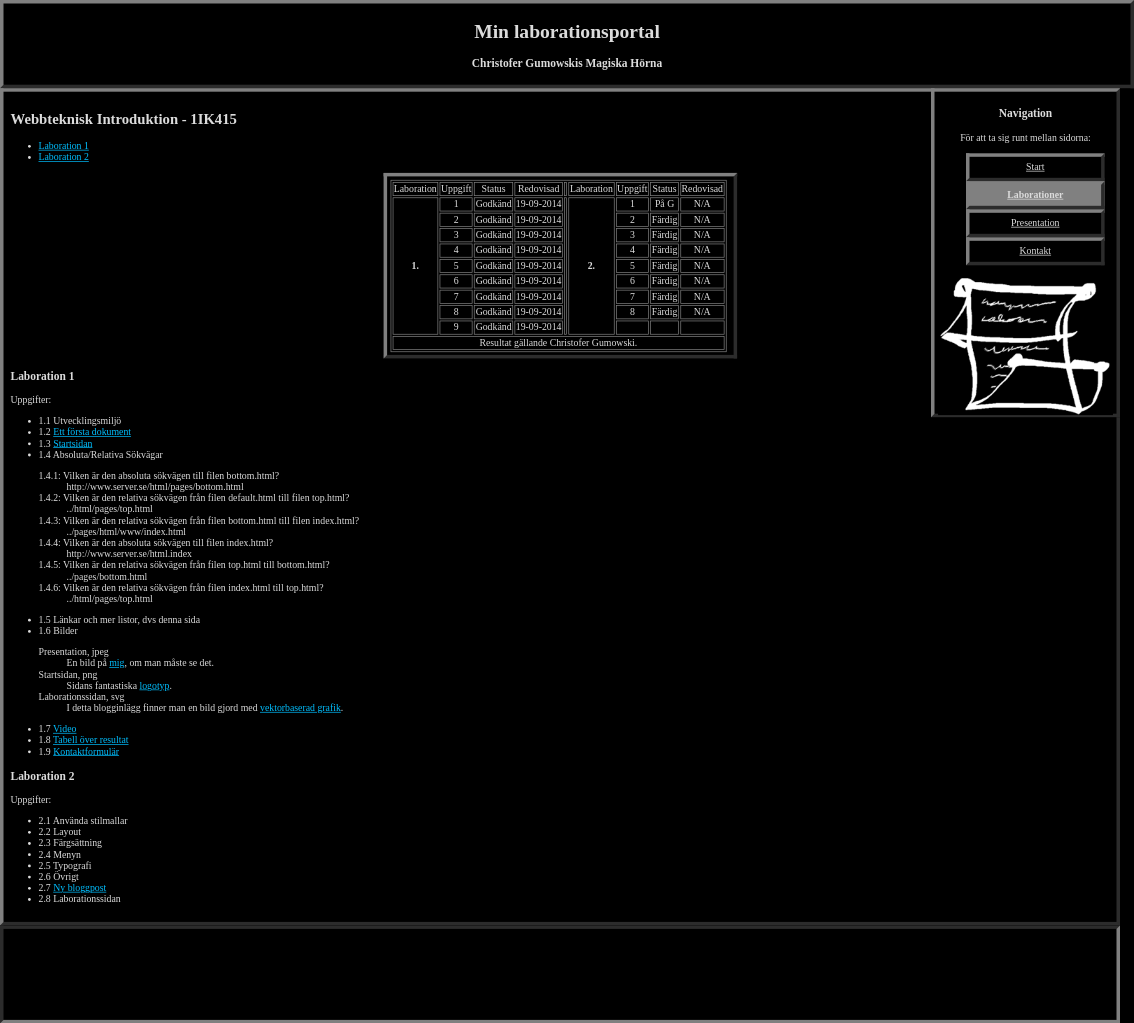
Repository: cg222im/1IK415_cg222im
Page: pages/laborationer.html
The author's editor kept a record of every edit. The page is drawn from the files as they stood at one moment, then again after the next edit.
The browser window is 1280 px wide. The page is 1620 px wide, then 1600 px, so the pictures cover 1620 px, including what lies to the right of the window. The pictures show the whole page, at 70% of full size.

Above is the page before.

### pages/laborationer.html
<!doctype html>
<html lang="sv">
    <head>
        <meta charset="UTF-8" />
        <title>laborationer</title>
        <link rel="stylesheet" href="../css/style.css" />
    </head>

    <body>
    <div id="wrapper">
        <div id="header">
            <h1>Min laborationsportal</h1>
            <h3>Christofer Gumowskis Magiska Hörna</h3>
        </div>


        <div id="nav">
            <h3>Navigation</h3>
            <p>För att ta sig runt mellan sidorna:</p>
            <ul class="navmenu">
                <li><a href="../index.html">Start</a></li>
                <li><a href="laborationer.html" id="active">Laborationer</a></li>
                <li><a href="presentation.html">Presentation</a></li>
                <li><a href="kontakt.html">Kontakt</a></li>
            </ul>
            <div id="logo"></div>
        </div>

        <div id="main">
        <h2>Webbteknisk Introduktion - 1IK415</h2>

            <ul>
                <li><a href="#Laboration1">Laboration 1</a></li>
                <li><a href="#Laboration2">Laboration 2</a></li>
            </ul>

            <div id="table">
                <!--Uppställd resultattabell-->
                <a id="resultat"></a>

                <table>
                    <thead>
                      <tr>
                        <td>Laboration</td>
                        <td>Uppgift</td>
                        <td>Status</td>
                        <td>Redovisad</td>

                        <td>  </td>

                        <td>Laboration</td>
                        <td>Uppgift</td>
                        <td>Status</td>
                        <td>Redovisad</td>
                      </tr>
                    </thead>

                    <tfoot>
                        <tr>
                          <td colspan="9">Resultat gällande Christofer Gumowski.</td>
                        </tr>
                    </tfoot>

                        <!--Följande kod är något komprimerad för att spara plats-->
                        <tbody>

                            <tr><th rowspan="9">1.</th>
                                <td>1</td><td>Godkänd</td><td>19-09-2014</td>
                            <th rowspan="9">  </th>
                            <th rowspan="9">2.</th>
                                <td>1</td><td>På G</td><td>N/A</td>   </tr>
                                    <tr><td>2</td><td>Godkänd</td><td>19-09-2014</td> <td>2</td><td>Färdig</td><td>N/A</td>   </tr>
                                    <tr><td>3</td><td>Godkänd</td><td>19-09-2014</td> <td>3</td><td>Färdig</td><td>N/A</td>   </tr>
                                    <tr><td>4</td><td>Godkänd</td><td>19-09-2014</td> <td>4</td><td>Färdig</td><td>N/A</td>   </tr>
                                    <tr><td>5</td><td>Godkänd</td><td>19-09-2014</td> <td>5</td><td>Färdig</td><td>N/A</td>   </tr>
                                    <tr><td>6</td><td>Godkänd</td><td>19-09-2014</td> <td>6</td><td>Färdig</td><td>N/A</td>   </tr>
                                    <tr><td>7</td><td>Godkänd</td><td>19-09-2014</td> <td>7</td><td>Färdig</td><td>N/A</td>   </tr>
                                    <tr><td>8</td><td>Godkänd</td><td>19-09-2014</td> <td>8</td><td>Färdig</td><td>N/A</td>   </tr>
                                    <tr><td>9</td><td>Godkänd</td><td>19-09-2014</td> <td></td><td></td><td></td>   </tr>
                        </tbody>
                </table>
            </div>

            <a id="Laboration1"></a>
            <h3>Laboration 1</h3>
            <p>Uppgifter:</p>
                <ul>
                    <li>1.1 Utvecklingsmiljö</li>
                    <li>1.2 <a href="../README.md">Ett första dokument</a></li>
                    <li>1.3 <a href="../index.html">Startsidan</a></li>
                    <li>1.4 Absoluta/Relativa Sökvägar
                        <dl>
                            <dt>1.4.1: Vilken är den absoluta sökvägen till filen bottom.html?</dt>
                                <dd>http://www.server.se/html/pages/bottom.html</dd>
                            <dt>1.4.2: Vilken är den relativa sökvägen från filen default.html till filen top.html?</dt>
                                <dd>../html/pages/top.html</dd>
                            <dt>1.4.3: Vilken är den relativa sökvägen från filen bottom.html till filen index.html?</dt>
                                <dd>../pages/html/www/index.html</dd>
                            <dt>1.4.4: Vilken är den absoluta sökvägen till filen index.html?</dt>
                                <dd>http://www.server.se/html.index</dd>
                            <dt>1.4.5: Vilken är den relativa sökvägen från filen top.html till bottom.html?</dt>
                                <dd>../pages/bottom.html</dd>
                            <dt>1.4.6: Vilken är den relativa sökvägen från filen index.html till top.html?</dt>
                                <dd>../html/pages/top.html</dd>
                        </dl></li>
                    <li>1.5 Länkar och mer listor, dvs denna sida</li>
                    <li>1.6 Bilder
                        <dl>
                            <dt>Presentation, jpeg</dt>
                                <dd>En bild på <a href="presentation.html#portrait">mig</a>, om man måste se det.</dd>
                            <dt>Startsidan, png</dt>
                                <dd>Sidans fantastiska <a href="../pics/logo.png">logotyp</a>.</dd>
                            <dt>Laborationssidan, svg</dt>
                                <dd>I detta blogginlägg finner man en bild gjord med <a href="../index.html#svgBlogg">vektorbaserad grafik</a>.</dd>
                        </dl></li>
                    <li>1.7 <a href="../index.html#trailer">Video</a></li>
                    <li>1.8 <a href="#resultat">Tabell över resultat</a></li>
                    <li>1.9 <a href="kontakt.html">Kontaktformulär</a></li>
                </ul>

            <a id="Laboration2"></a>
            <h3>Laboration 2</h3>
            <p>Uppgifter:</p>
                <ul>
                    <li>2.1 Använda stilmallar</li>
                    <li>2.2 Layout</li>
                    <li>2.3 Färgsättning</li>
                    <li>2.4 Menyn</li>
                    <li>2.5 Typografi</li>
                    <li>2.6 Övrigt</li>
                    <li>2.7 <a href="../index.html#treeblogg">Ny bloggpost</a></li>
                    <li>2.8 Laborationssidan</li>
                </ul>
        </div>

    </div>

    <div id="footer">

    </div>

    </body>

</html>

### css/style.css
html, body {height: 100%;}


a:link { color: #00BFFF; }
a:visited { color: purple; }
a:focus { color: yellow; }
a:hover { color: yellow; }
a:active { color: silver; }

body {
    background-color: black;
    font-family: "Times New Roman", Helvetica, Arial, sans-serif;
    font-size: 14px;
    width: 1600px;
    height: 1200px;
    color: #DCDCDC;
    text-align: center;
    margin: auto auto;
}
#wrapper {
    background-color: black;
    min-height: 100%;
    margin: 0 auto -120px auto;
    width: 1600px;
}
#header {
    border-style: outset;
    border-width: 5px;
    border-color: gray;
    background-color:black;
    color: #DCDCDC;
    text-align: center;
    padding: 5px;
    width: 1600px;
}
#main {
    border-style: outset;
    border-width: 5px;
    border-color: gray;
    background-color: black;
    color: #DCDCDC;
    text-align: left;
    padding: 10px;
}
/* För att få sticky footer */
#wrapper:after {
    content:"";
    display:block;
    height: 120px;
}
#footer {
    border-style: inset;
    border-width: 5px;
    border-color: gray;
    background-color: black;
    color: #DCDCDC;
    clear: both;
    text-align: center;
    padding: 5px;
    height: 120pX;
    margin: 0 auto 0 auto;
}
#bloglist {
    border-style: inset;
    border-width: 5px;
    border-color: gray;
    background-color: black;
    color: #DCDCDC;
    text-align: left;
    width: 800px;
}
#table {
    text-align: center;
    margin: 0 auto;
    width: 485px;
    /* Kan behöva komma att ändra storlek allt eftersom; dela upp i Laborationer/kolumner? */
    height: 245px;
    margin-left: auto;
    margin-top: auto;
    border-style: outset;
    border-width: 5px;
    border-color: gray;
    background-color:black;
    color: #DCDCDC;
    padding: 5px;
}
table, th, td {
    border: 1px;
    border-style: solid;
    border-color: gray;
}
/* För formulär i kontakt.html vars sidas formatering inte fungerar? */
#form {
    height: 100%;
    float: left;
    border-style: outset;
    border-width: 5px;
    border-color: gray;
    background-color:black;
    color: #DCDCDC;
    padding: 5px;
}
#nav {
    margin: 0;
    padding: 5;
    width:250px;
    border-style: outset;
    border-width: 5px;
    border-color:gray;
    background-color: black;
    color: #DCDCDC;
    height: 450px;
    float: right;
    padding: 5px;
}
.navmenu {
    list-style: none;
}
.navmenu li a:hover {
    background-color: gray;
    color: yellow;
}
.navmenu li a:focus {
    background-color: gray;
    color: yellow;
}
.navmenu li a {
    line-height: 30px;
    border-style: outset;
    border-width: 5px;
    border-color: gray;
    background-color: black;
    color: #DCDCDC;
    display: block;
    width: 80%;
    padding: 0px 10px;
}
#active {
    display: block;
    font-weight: bold;
    background-color: gray;
}
/* Logo, endast för #nav */
#logo {
    display: block;
    height: 200px;
    background-image: url(pics/logo2.png);
}
/* thumb bild för blogginlägg */
.thumb {
    display: block;
    height: 16px;
    width: 20px;
    background-image: url(pics/thumb2.png);
    float: left;
    margin: 2px;
}
.rightBlog {
    float: right;
    border-style: outset;
    border-width: 5px;
    border-color: gray;
}
img.rightBlog {
    float: right;
    margin-right: 20px;
}
.leftBlog {
    float: left;
    margin: 10px;
    border-style: inset;
    border-width: 5px;
    border-color: gray;
}
.center {
    display: block;
    margin: 20px auto 20px auto;
}

After the next edit:
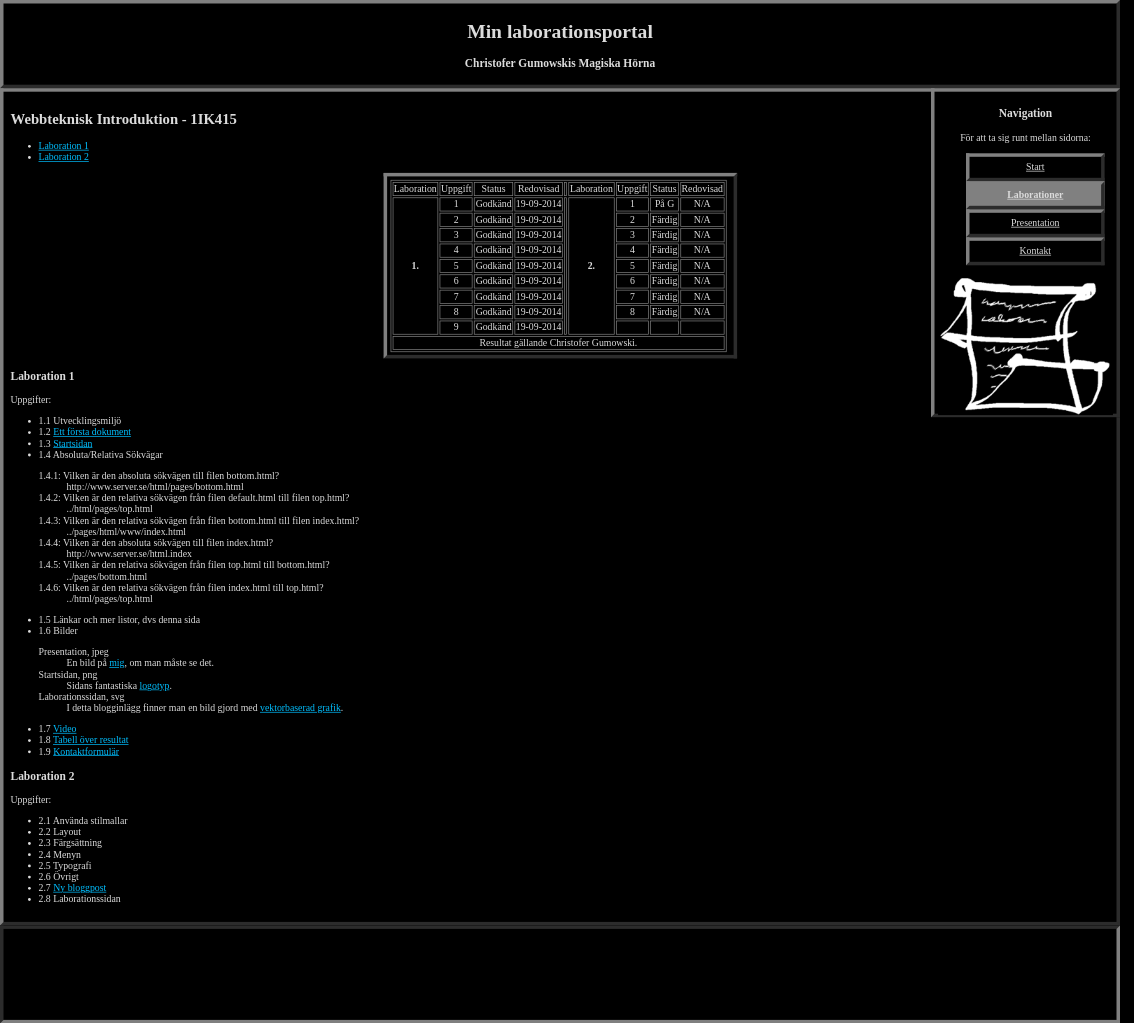
The edit:
--- a/css/style.css
+++ b/css/style.css
@@ -31,7 +31,6 @@
     color: #DCDCDC;
     text-align: center;
     padding: 5px;
-    width: 1600px;
 }
 #main {
     border-style: outset;
